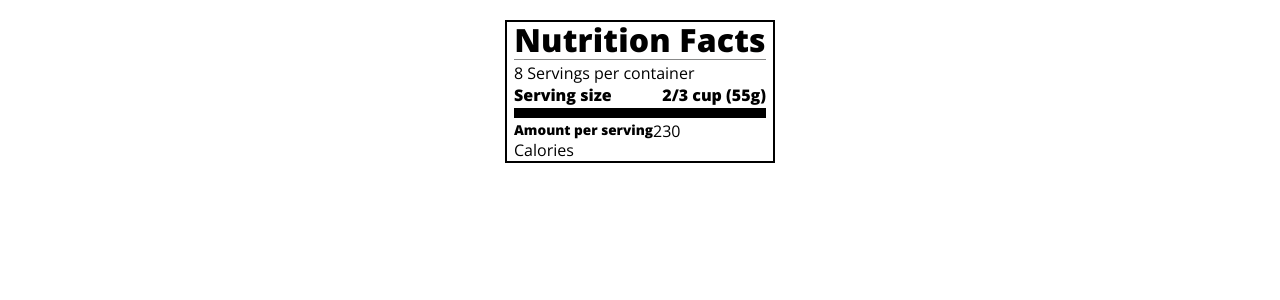
Repository: Lungdjos/typography
Page: index.html
These files come from the project's save history. The page is drawn as it stood at one moment and after the next save; the edit follows.
The browser window is 1280 px wide. The pictures show the whole page.

Above is the page before, as saved 2023-10-28 01:29:00.

### index.html
<!DOCTYPE html>
<html lang="en">

<head>
    <meta charset="UTF-8">
    <meta name="viewport" content="width=device-width, initial-scale=1.0">
    <title>Nutrition Label</title>
    <link rel="stylesheet" href="styles.css">
    <link rel="stylesheet" href="https://fonts.googleapis.com/css?family=Open+Sans:400,700,800">
</head>

<body>
    <div class="label">
        <header>
            <h1 class="bold">Nutrition Facts</h1>
            <div class="divider"></div>
            <p>8 Servings per container</p>
            <p class="bold">Serving size <span>2/3 cup (55g)</span></p>
        </header>
        <div class="divider large"></div>
        <div class="calories-info">
            <div class="left-container">
                <h2 class="bold small-text">Amount per serving</h2>
                <p>Calories</p>
            </div>
            <span>230</span>
        </div>
    </div>

</body>

</html>

### styles.css
body {
    font-family: "Open Sans", sans-serif;
}

html {
    font-size: 16px;
}

.label {
    border: 2px solid black;
    width: 270px;
    margin: 20px auto;
    padding: 0 7px;
}

* {
    box-sizing: border-box;
}

header h1 {
    text-align: center;
    margin: -4px 0;
    letter-spacing: .15PX;
}

p {
    margin: 0;
    display: flex;
    justify-content: space-between;
}

.divider {
    border-bottom: 1px solid #888989;
    margin: 2px 0;
}

.bold {
    font-weight: 800;
}

.large {
    height: 10px;
}

.large,
.medium {
    background-color: black;
    border: 0;
}

.small-text {
    font-size: .85rem;
}

.calories-info h2 {
    margin: 0;
}

.calories-info {
    display: flex;
    justify-content: ;
}

After the next save:
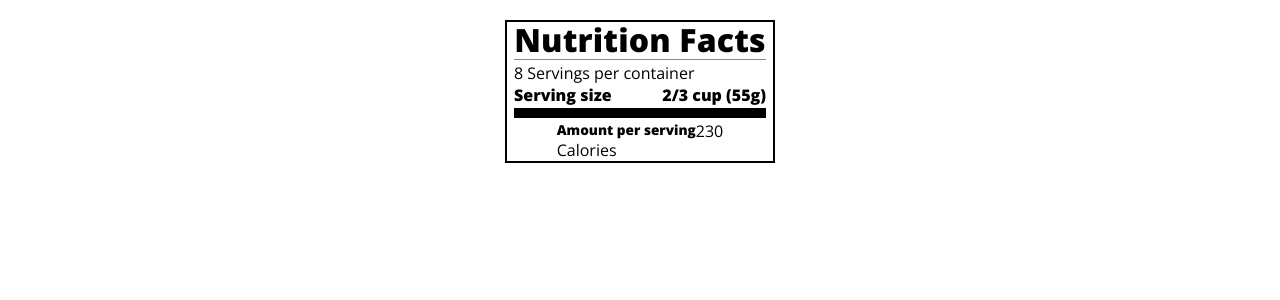
Saved 4 s later.
--- a/styles.css
+++ b/styles.css
@@ -58,5 +58,5 @@ p {
 
 .calories-info {
     display: flex;
-    justify-content: ;
+    justify-content: center;
 }
